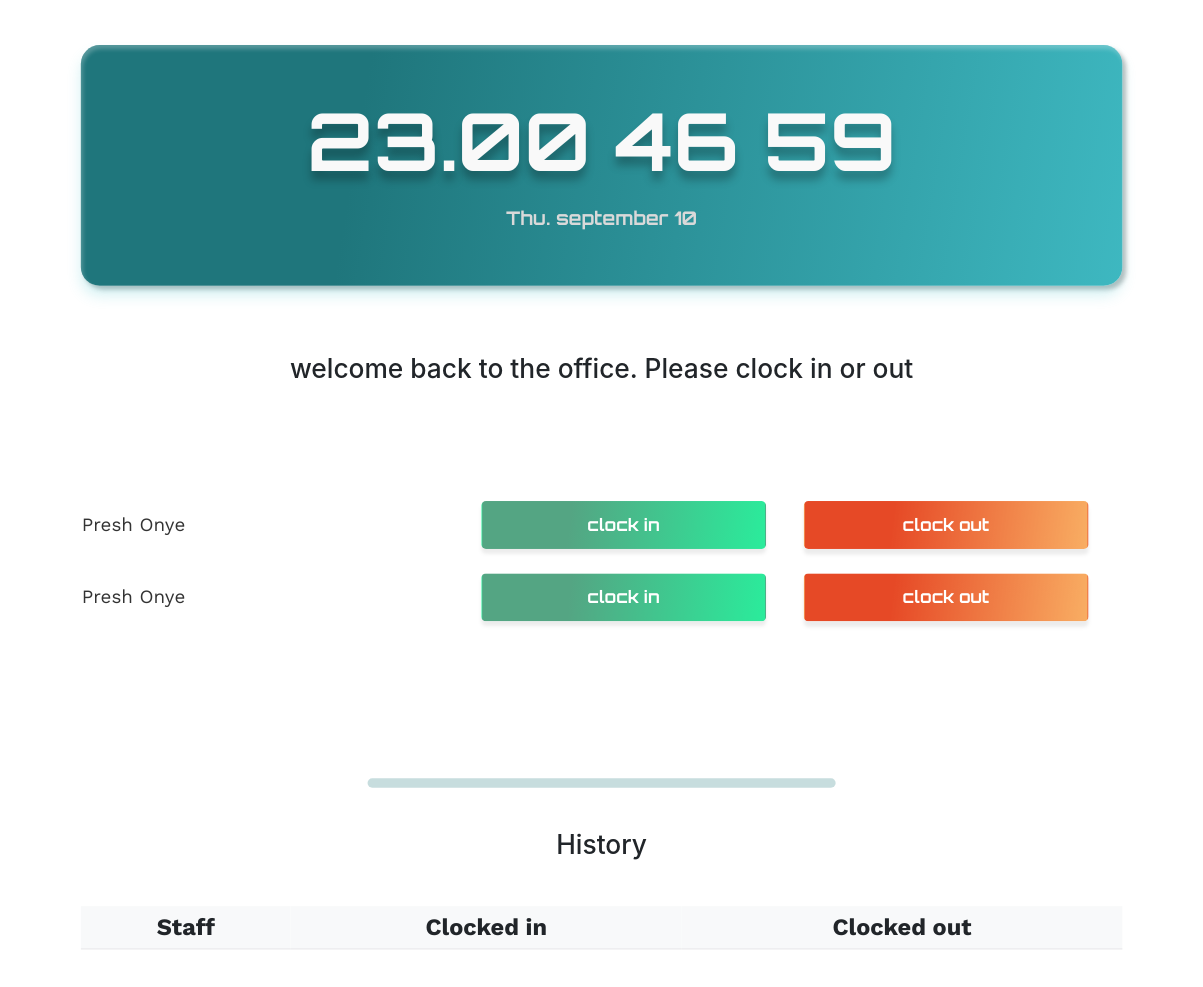
Repository: giprim/clocker
Page: /
The author's editor kept a copy of each file at every save. The page is drawn from the files as they stood at one save, then again after the next save.
The browser window is 1280 px wide. The pictures show the whole page, at 94% of full size.
The project was rebuilt for these pictures with package versions that can differ from the ones it lists, and the page was loaded fresh each time.

Above is the page before, as saved 2020-09-11 00:12:50.

After the next save:
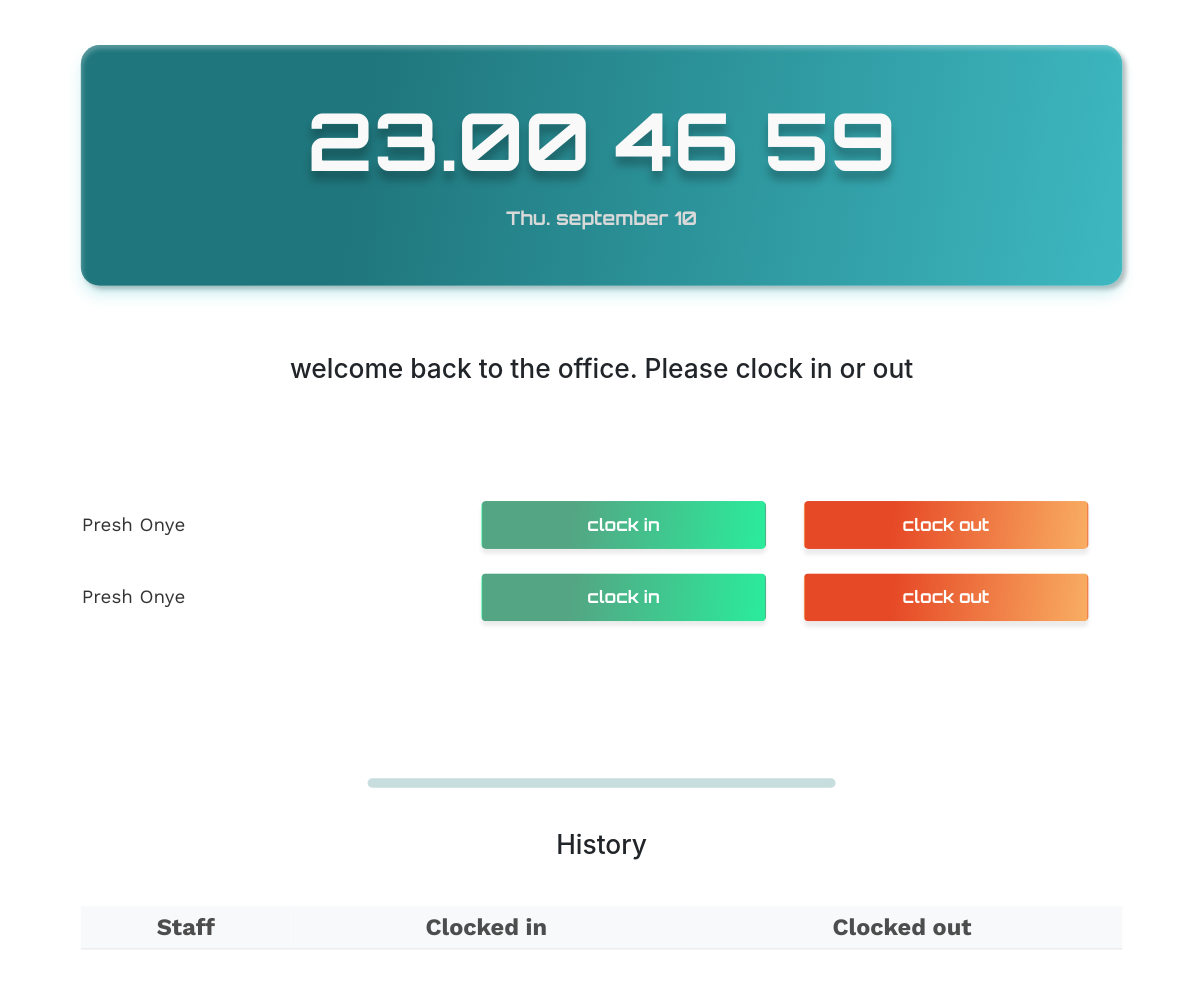
Saved 9 s later.
--- a/src/App.css
+++ b/src/App.css
@@ -107,9 +107,5 @@ th {
   font-weight: 900;
   font-size: 25px;
   line-height: 29px;
-  font-family: Work Sans;
-  font-style: normal;
-  font-weight: 900;
-  font-size: 25px;
-  line-height: 29px;
+  color: #4d4d4d;
 }
